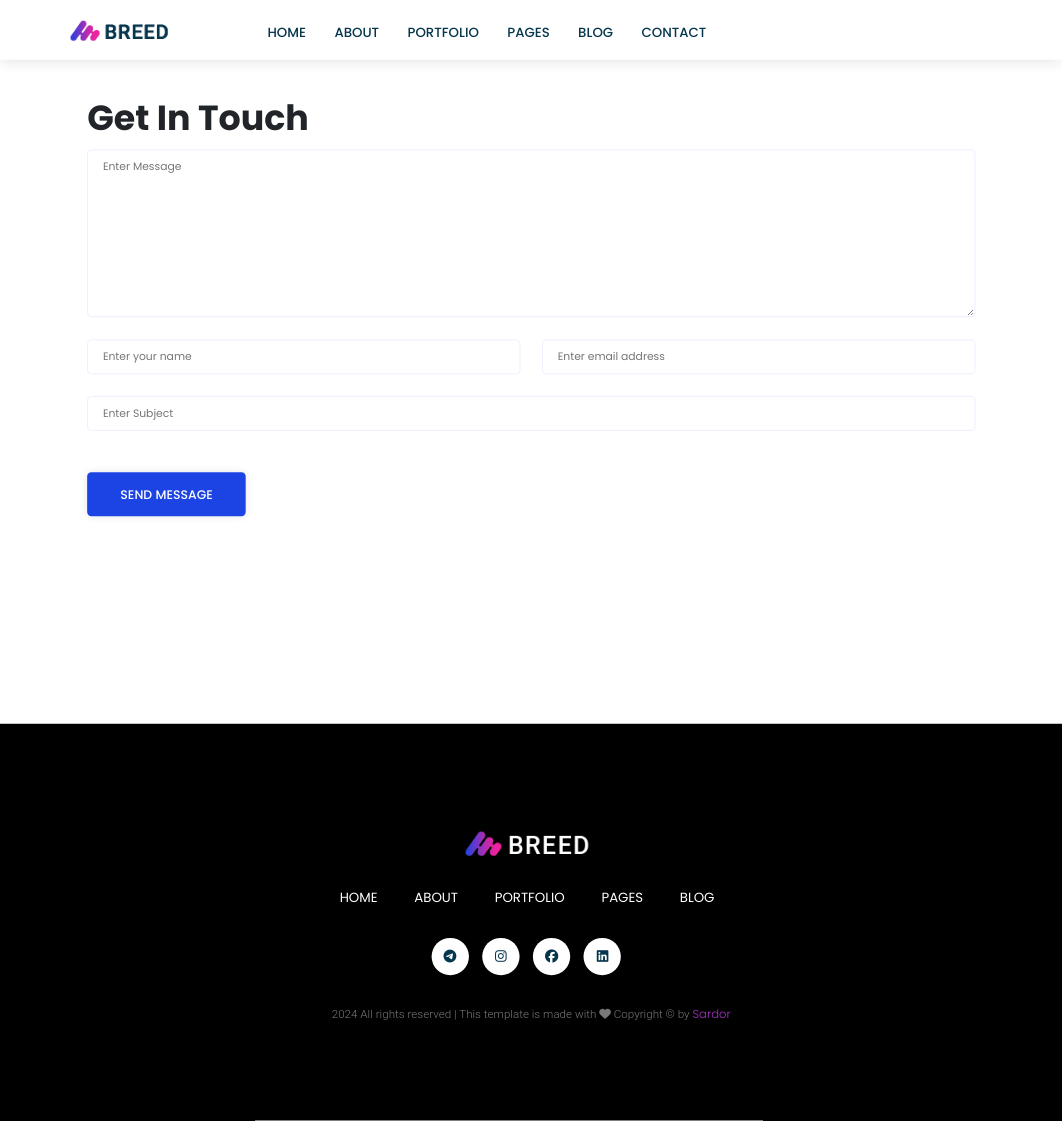
Repository: whoami2991/Sardorbek-Portfolio---Home
Page: contact.html
The author's editor kept a copy of each file at every save. The page is drawn from the files as they stood at one save, then again after the next save.
The browser window is 1280 px wide. The pictures show the whole page, at 83% of full size.

Above is the page before, as saved 2024-08-02 16:06:29.

After the next save:
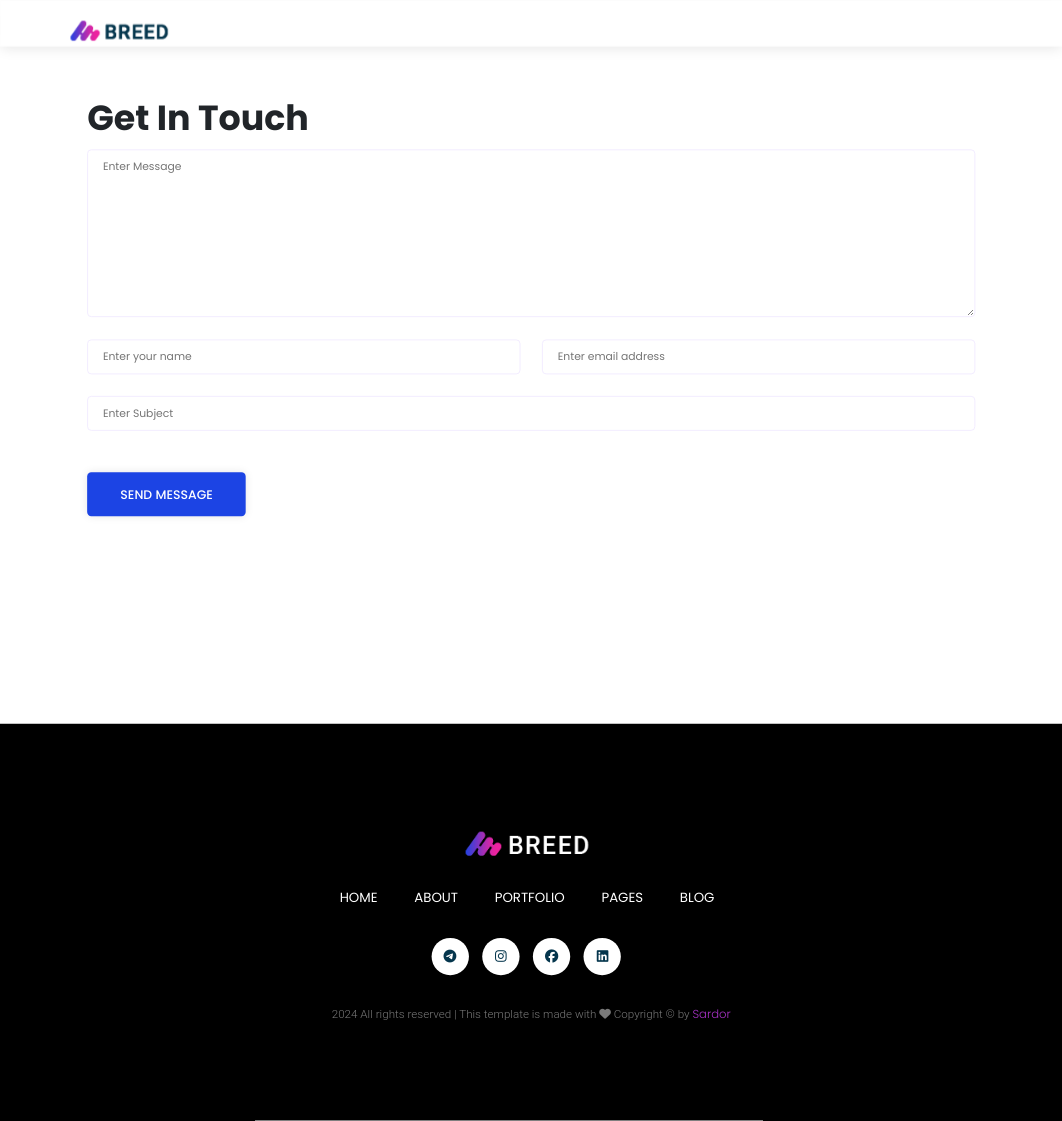
Saved 18 min 58 s later.
--- a/shared.css
+++ b/shared.css
@@ -82,7 +82,7 @@
     margin-right: 60px;
 }
 .main-navigation{
-    display: inline-block;
+    display: none;
     vertical-align: top;
     padding-top: 5px;
 }

After the save that followed:
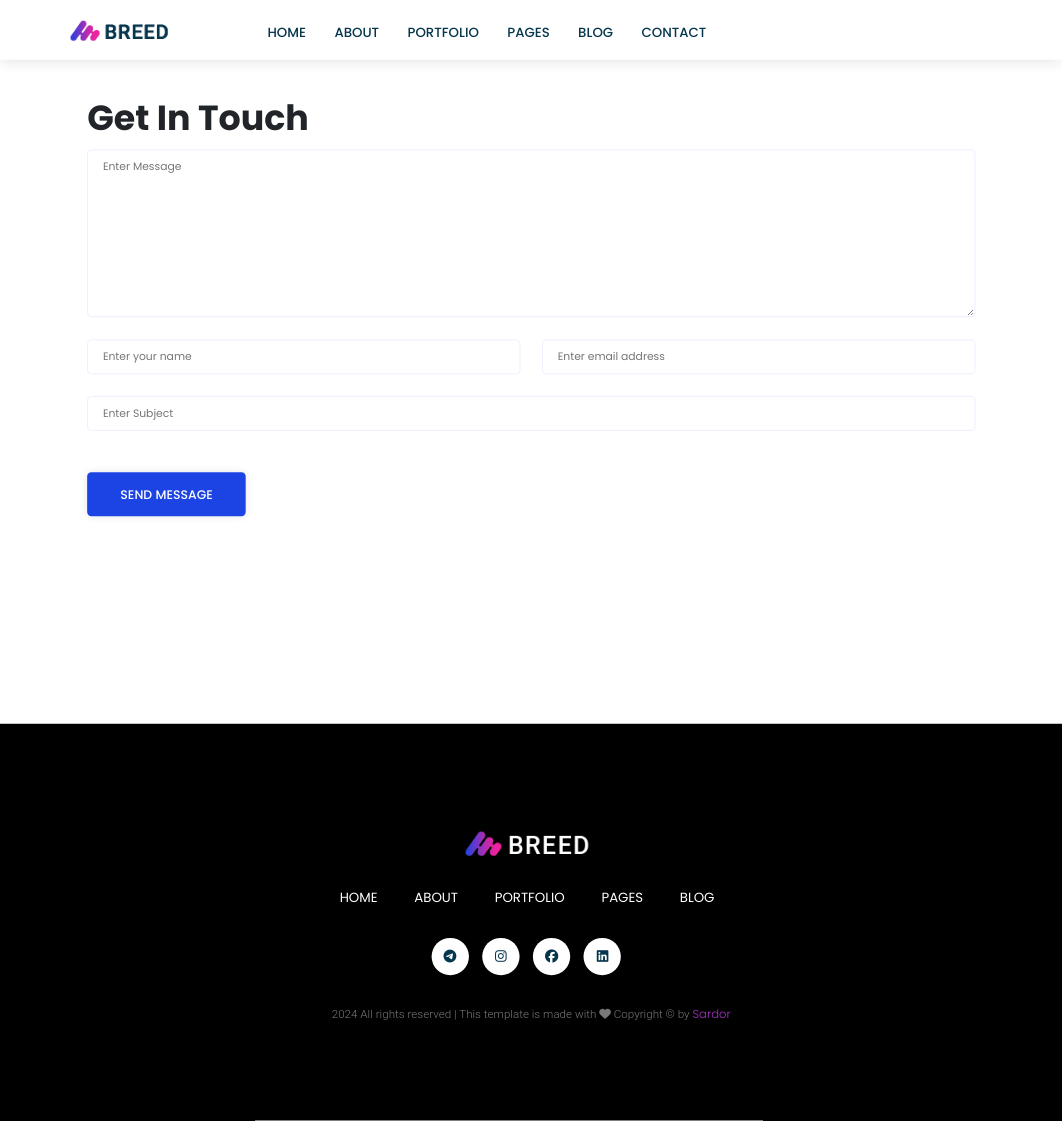
Saved 22 s later.
--- a/shared.css
+++ b/shared.css
@@ -82,7 +82,7 @@
     margin-right: 60px;
 }
 .main-navigation{
-    display: none;
+    display: inline-block;
     vertical-align: top;
     padding-top: 5px;
 }
